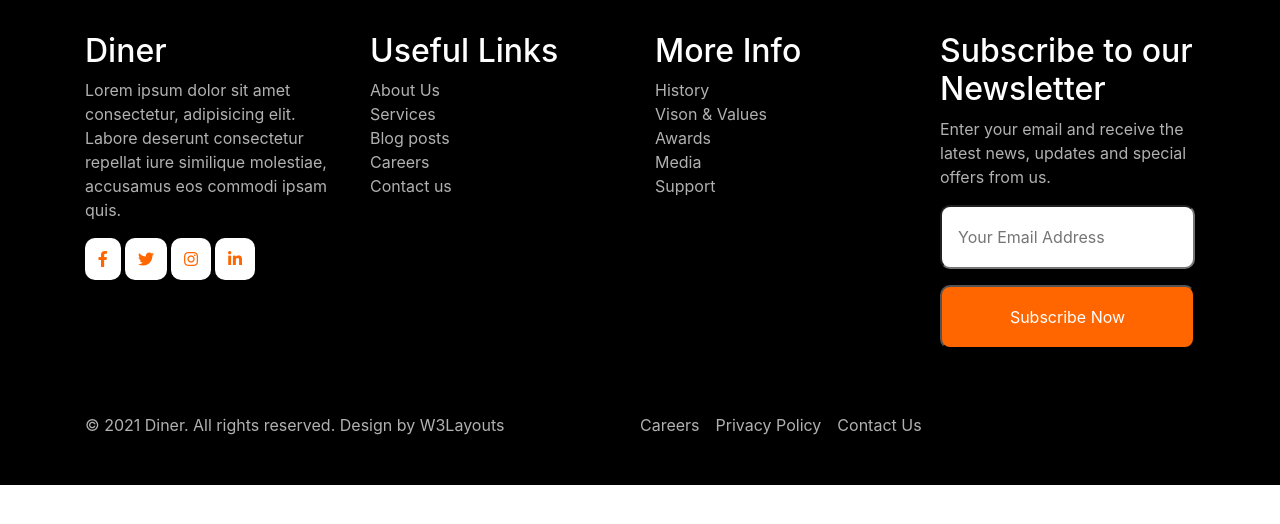
Repository: ngoctinvo/diner_project_cybersoft
Page: index.html
An editor plug-in stored every save of this project. The page is shown before and after the next save, followed by the edit.
The browser window is 1280 px wide. The pictures show the whole page.
Some web libraries are served in a nearby version. The style sheet was rebuilt from its Sass, Less or Tailwind sources for each picture, by a compiler version that may differ from the author's.

Above is the page before, as saved 2022-04-16 15:45:22.
Not found: js/index.js

### index.html
<!DOCTYPE html>
<html lang="en">

<head>
    <meta charset="UTF-8">
    <meta http-equiv="X-UA-Compatible" content="IE=edge">
    <meta name="viewport" content="width=device-width, initial-scale=1.0">
    <title>Document</title>
    <link rel="stylesheet" href="https://cdnjs.cloudflare.com/ajax/libs/font-awesome/6.1.1/css/all.min.css" />
    <link rel="stylesheet" href="https://cdnjs.cloudflare.com/ajax/libs/aos/2.3.4/aos.css" />
    <link rel="stylesheet" href="https://cdnjs.cloudflare.com/ajax/libs/animate.css/4.1.1/animate.min.css" />
    <link rel="stylesheet" href="https://cdnjs.cloudflare.com/ajax/libs/slick-carousel/1.8.1/slick.min.css" />
    <link rel="stylesheet" href="https://cdnjs.cloudflare.com/ajax/libs/slick-carousel/1.8.1/slick-theme.min.css" />
    <link rel="stylesheet" href="https://cdn.jsdelivr.net/npm/bootstrap@4.6.0/dist/css/bootstrap.min.css" />
    <link rel="stylesheet" href="https://cdnjs.cloudflare.com/ajax/libs/font-awesome/5.15.4/css/all.min.css" />
    <link rel="stylesheet" href="./css/index.css">
</head>

<body>
    <header></header>
    <footer class="footer">
        <div class="container">
            <div class="infor">
                <div class="row">
                    <div class="col-lg-3 col-md-6 col-sm-12">
                        <div class="item diner">
                            <h2>Diner</h2>
                            <p>Lorem ipsum dolor sit amet consectetur, adipisicing elit. Labore deserunt consectetur repellat iure similique molestiae, accusamus eos commodi ipsam quis.</p>
                            <div class="icon">
                                <i class="fab fa-facebook-f"></i>
                                <i class="fab fa-twitter"></i>
                                <i class="fab fa-instagram"></i>
                                <i class="fab fa-linkedin-in"></i>
                            </div>
                        </div>
                    </div>

                    <div class="col-lg-3 col-md-6 col-sm-12">
                        <div class="item userful-links">
                            <h2>Useful Links</h2>
                            <div class="list">
                                <a href="#">About Us</a>
                                <a href="#">Services</a>
                                <a href="#">Blog posts</a>
                                <a href="#">Careers</a>
                                <a href="#">Contact us</a>
                            </div>


                        </div>
                    </div>
                    <div class="col-lg-3 col-md-6 col-sm-12">
                        <div class="item more-info">
                            <h2>More Info</h2>
                            <div class="list">
                                <a href="#">History</a>
                                <a href="#">Vison & Values</a>
                                <a href="#">Awards</a>
                                <a href="#">Media</a>
                                <a href="#">Support</a>
                            </div>

                        </div>
                    </div>
                    <div class="col-lg-3 col-md-6 col-sm-12">
                        <div class="item subscribe">
                            <h2>Subscribe to our Newsletter</h2>
                            <p>Enter your email and receive the latest news, updates and special offers from us.</p>
                            <input type="text" placeholder="Your Email Address">
                            <button>Subscribe Now</button>
                        </div>
                    </div>
                </div>
            </div>
            <div class="copyright">
                <div class="row">
                    <div class="right col-lg-6 col-md-12">
                        <p>&copy; 2021 Diner. All rights reserved. Design by W3Layouts</p>
                    </div>
                    <div class="nav col-lg-6 col-md-12">
                        <ul>
                            <li><a href="#">Careers</a></li>
                            <li><a href="#">Privacy Policy</a></li>
                            <li><a href="#">Contact Us</a></li>
                        </ul>
                    </div>
                </div>

            </div>
        </div>
    </footer>
    <script src="https://code.jquery.com/jquery-3.6.0.min.js"></script>
    <script src="https://cdnjs.cloudflare.com/ajax/libs/aos/2.3.4/aos.js"></script>
    <script type="text/javascript" src="//cdn.jsdelivr.net/npm/slick-carousel@1.8.1/slick/slick.min.js"></script>
    <script src="https://cdnjs.cloudflare.com/ajax/libs/popper.js/1.14.7/umd/popper.min.js"></script>
    <script src="https://stackpath.bootstrapcdn.com/bootstrap/4.3.1/js/bootstrap.min.js"></script>
    <script src="./js/index.js"></script>
</body>

</html>

### sass/index.scss
* {
    margin: 0;
    padding: 0;
    box-sizing: border-box;
}

.footer {
    background-color: black;
    color: rgb(177, 177, 177);
    a {
        color: rgb(177, 177, 177);
    }
    a:hover {
        color: #ff6600;
        text-decoration: none;
    }
    .infor {
        .item {
            margin: 2rem 0;
        }
        h2 {
            color: white;
        }
        .icon i {
            padding: 0.8rem;
            color: #ff6600;
            border-radius: 10px;
            background-color: white;
            font-size: 1rem;
        }
        .list {
            display: flex;
            flex-direction: column;
        }
        .subscribe input {
            width: 100%;
            height: 4rem;
            border-radius: 10px;
            margin-bottom: 1rem;
            padding-left: 1rem;
        }
        .subscribe button {
            width: 100%;
            height: 4rem;
            border-radius: 10px;
            background-color: #ff6600;
            color: white;
        }
    }
    .copyright {
        padding: 2rem 0;
        .nav ul {
            display: flex;
            flex-direction: row;
            li {
                margin-right: 1rem;
                list-style-type: none;
            }
        }
    }
}


/*# sourceMappingURL=index.css.map */

After the next save:
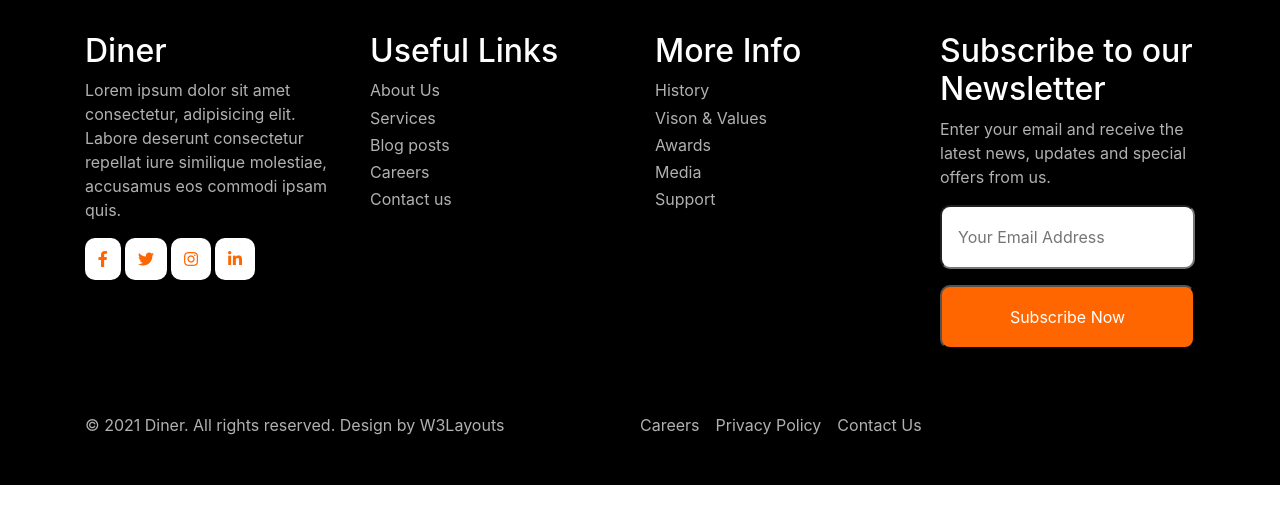
Saved 16 s later.
--- a/sass/index.scss
+++ b/sass/index.scss
@@ -9,6 +9,7 @@
     color: rgb(177, 177, 177);
     a {
         color: rgb(177, 177, 177);
+        margin-bottom: 0.2rem;
     }
     a:hover {
         color: #ff6600;

After the save that followed:
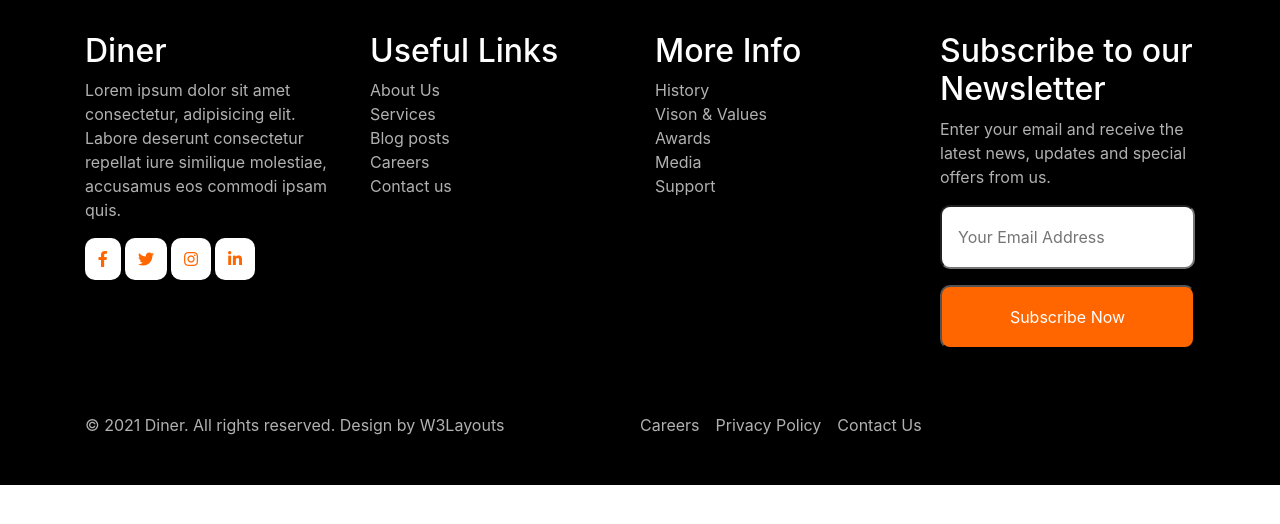
Saved 6 s later.
--- a/sass/index.scss
+++ b/sass/index.scss
@@ -9,7 +9,6 @@
     color: rgb(177, 177, 177);
     a {
         color: rgb(177, 177, 177);
-        margin-bottom: 0.2rem;
     }
     a:hover {
         color: #ff6600;
